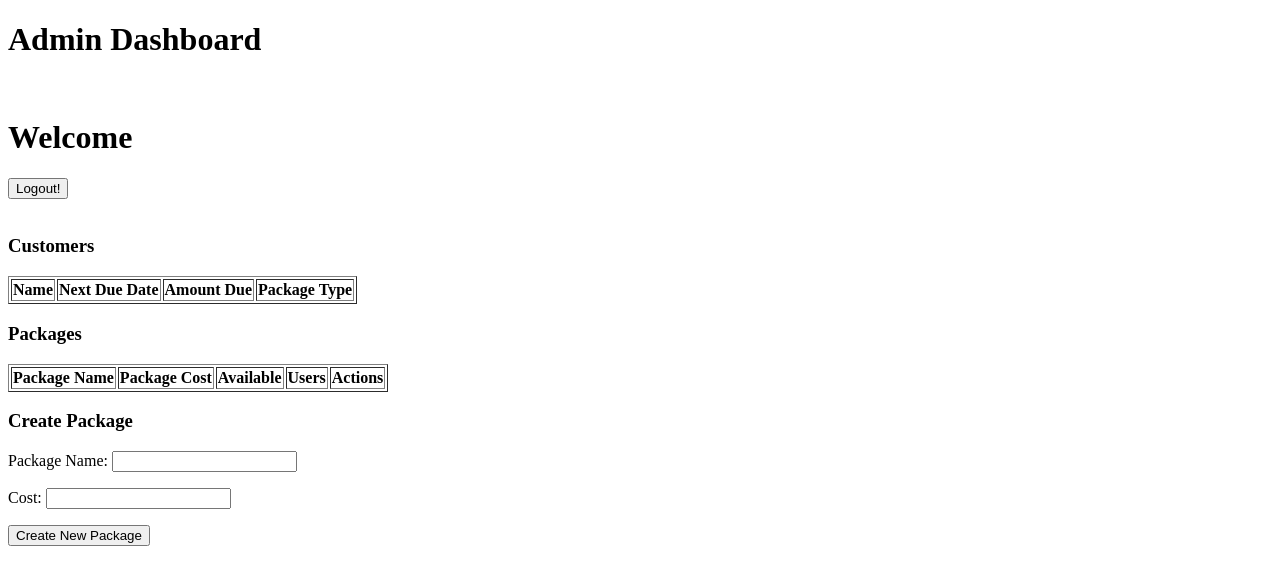
Repository: jshin07/Java
Page: http://localhost/javabelt1/WEB-INF/admin.jsp
An editor plug-in stored every save of this project. The page is shown before and after the next save, followed by the edit.
The browser window is 1280 px wide. The pictures show the whole page.
The page is served by Tomcat 9. Nobody is signed in. The template is opened directly, without the code that normally fills it, so the values that code supplies are empty.

Above is the page before, as saved 2017-07-27 23:42:26.

After the next save:
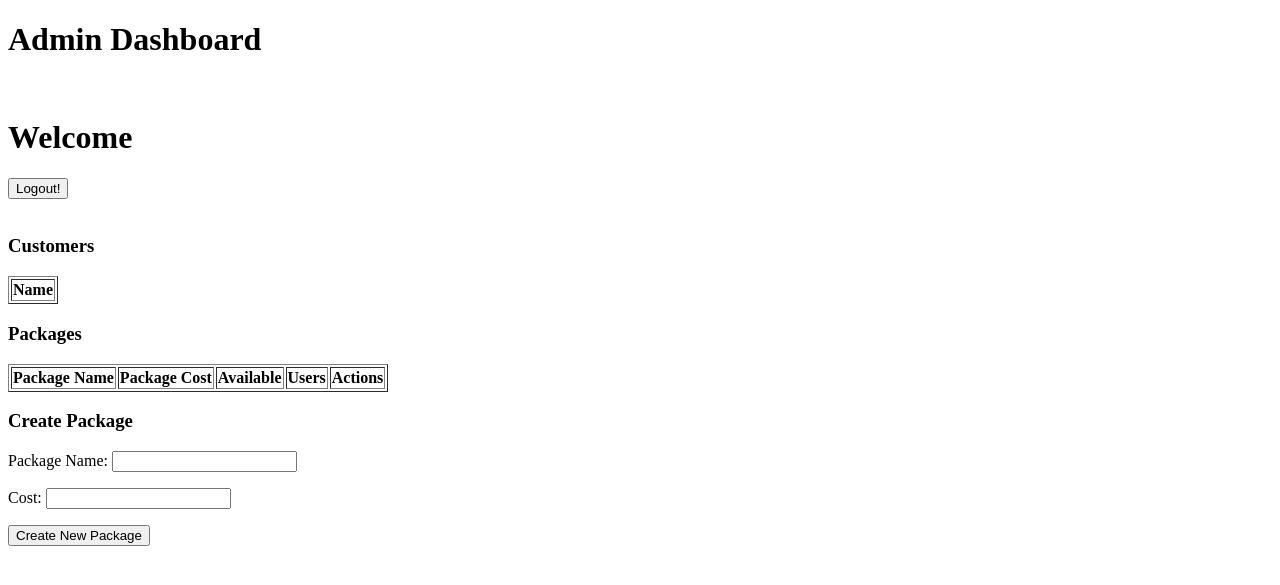
Saved 108 s later.
--- a/SpringTool/javabelt1/src/main/webapp/WEB-INF/admin.jsp
+++ b/SpringTool/javabelt1/src/main/webapp/WEB-INF/admin.jsp
@@ -22,9 +22,6 @@
     <table border="1">
     <thead>
         <th> Name </th>
-   		<th> Next Due Date </th>
-    	<th> Amount Due </th>
-    	<th> Package Type </th>
     </thead>
     <tbody>
     <c:forEach items="${allUsers}" var="user" varStatus="loop">
@@ -37,6 +34,9 @@
 			    	<td>
 				    	<c:forEach items="${user.subscriptions}" var= "sub">
 				   		<table>
+				   		   		<th> Next Due Date </th>
+    							<th> Amount Due </th>
+    							<th> Package Type </th>
 				   			<tr>
 				    			<td><c:out value="${sub.due}"/></td>
 				    			<td>$<c:out value="${sub.price}"/>0</td>
